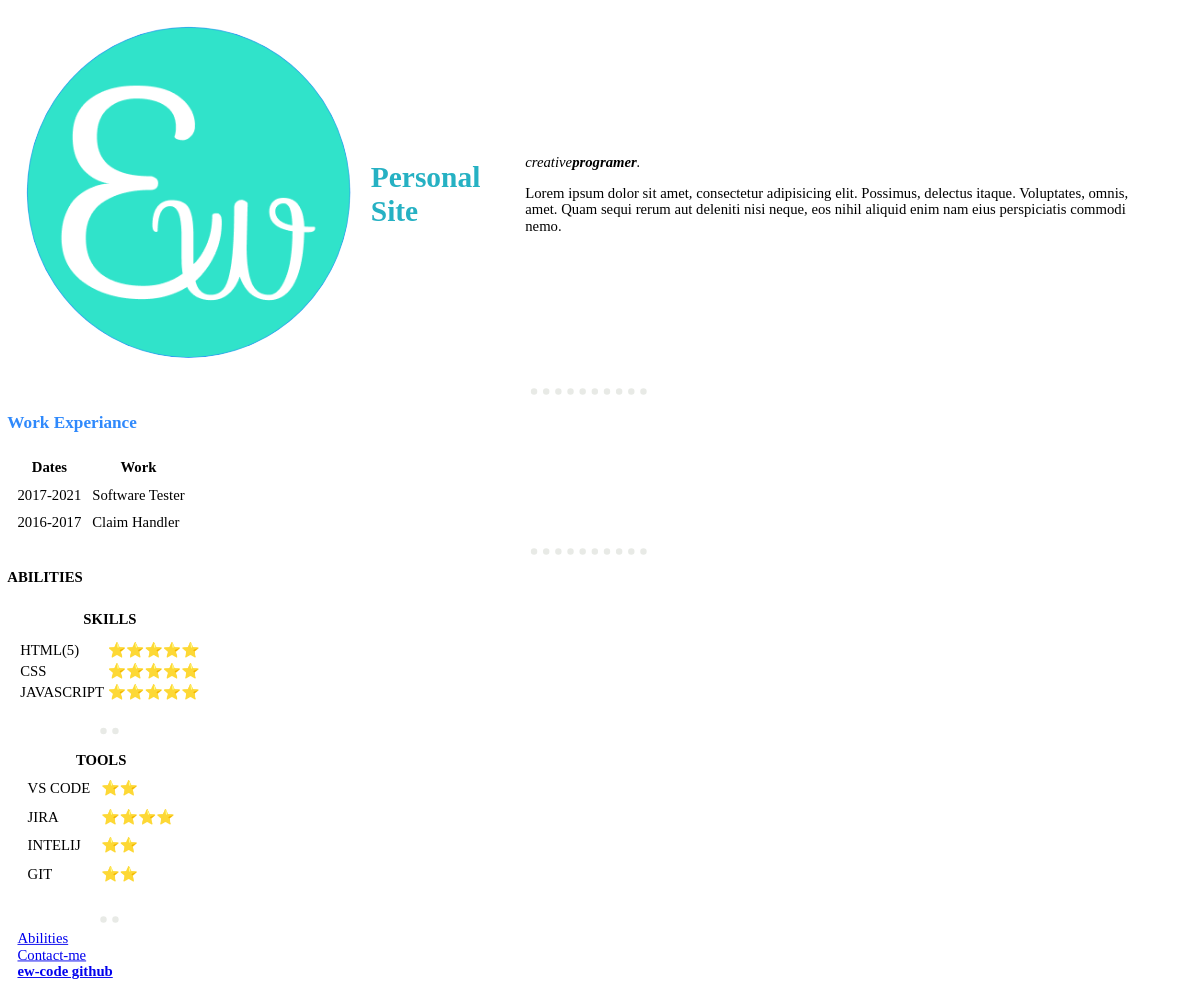
Repository: ew-code/Web-Development
Page: HTML - Personal Site/index.html
The author's editor kept a copy of each file at every save. The page is drawn from the files as they stood at one save, then again after a run of saves.
The browser window is 1280 px wide. The pictures show the whole page, at 92% of full size.

Above is the page before, as saved 2021-01-08 19:55:23.

### HTML - Personal Site/index.html
<!DOCTYPE html>
<html lang="en" dir="ltr">

<head>
  <meta charset="utf-8"> <!-- dopracować meta description dla silników wyszukiwarek-->
  <title>Personal Site</title>
  <link rel="stylesheet" href="css/styles.css">
</head>

<body>
  <table cellspacing="20">
    <tr>
      <td><img src="images/Frame 1.png" alt="dot" class="circular"></td>
      <td>
        <h1>Personal Site</h1>
      </td>
      <td>
        <p><em>creative<strong>programer</strong>.</em></p>
        <p>Lorem ipsum dolor sit amet, consectetur adipisicing elit. Possimus, delectus itaque. Voluptates, omnis, amet.
          Quam sequi rerum aut deleniti nisi neque, eos nihil aliquid enim nam eius perspiciatis commodi nemo.</p>
      </td>
    </tr>
  </table>

  <hr>

  <h3>Work Experiance</h3>
  <table cellspacing="10">
    <thead>
      <tr>
        <th>Dates</th>
        <th>Work</th>
      </tr>
    </thead>
    <tbody>
      <tr>
        <td>2017-2021</td>
        <td>Software Tester</td>
      </tr>
    </tbody>
    <tbody>
      <tr>
        <td>2016-2017</td>
        <td>Claim Handler</td>
      </tr>
    </tbody>
  </table>

  <hr>

    <p><strong>ABILITIES</strong></p>

  <table cellspacing="10">
    <thead>
      <tr>
        <th colspan="2">SKILLS</th>
      </tr>
    </thead>
    <tr>
      <td>
        <table>
          <tr>
            <td>HTML(5)</td>
            <td>⭐⭐⭐⭐⭐</td>
          </tr>
          <tr>
            <td>CSS</td>
            <td>⭐⭐⭐⭐⭐</td>
          </tr>
          <tr>
            <td>JAVASCRIPT</td>
            <td>⭐⭐⭐⭐⭐</td>
          </tr>
        </table>

        <br>

      <hr>

        <table cellspacing="10">
          <thead>
            <tr>
              <th colspan="2">TOOLS</th>
            </tr>
          </thead>
          <tbody>
            <tr>
              <td>VS CODE</td>
              <td>⭐⭐</td>
            </tr>
            <tr>
              <td>JIRA</td>
              <td>⭐⭐⭐⭐</td>
            </tr>
            <tr>
              <td>INTELIJ</td>
              <td>⭐⭐</td>
            </tr>
            <tr>
              <td>GIT</td>
              <td>⭐⭐</td>
            </tr>
          </tbody>
        </table>
  <br>

  <hr>

  <a href="abilities.html">Abilities</a>
  <br>
  <a href="contact.html">Contact-me</a>
  <br>
  <strong><a href="https://github.com/ew-code">ew-code github</a></strong>
</body>

</html>

### HTML - Personal Site/css/styles.css
  body {
      background-color: ;
  }

h1 {
    color: #26B1C3;
}

h3 {
    color: #2F89FC;
}
  hr {
      border-style: none;
      border-top-style: dotted;
      border-color: #e8eae6;
      border-width: 7px;
      width: 10%;
  }

.circular {
    border-radius: 100%;
}

After the next 2 saves:
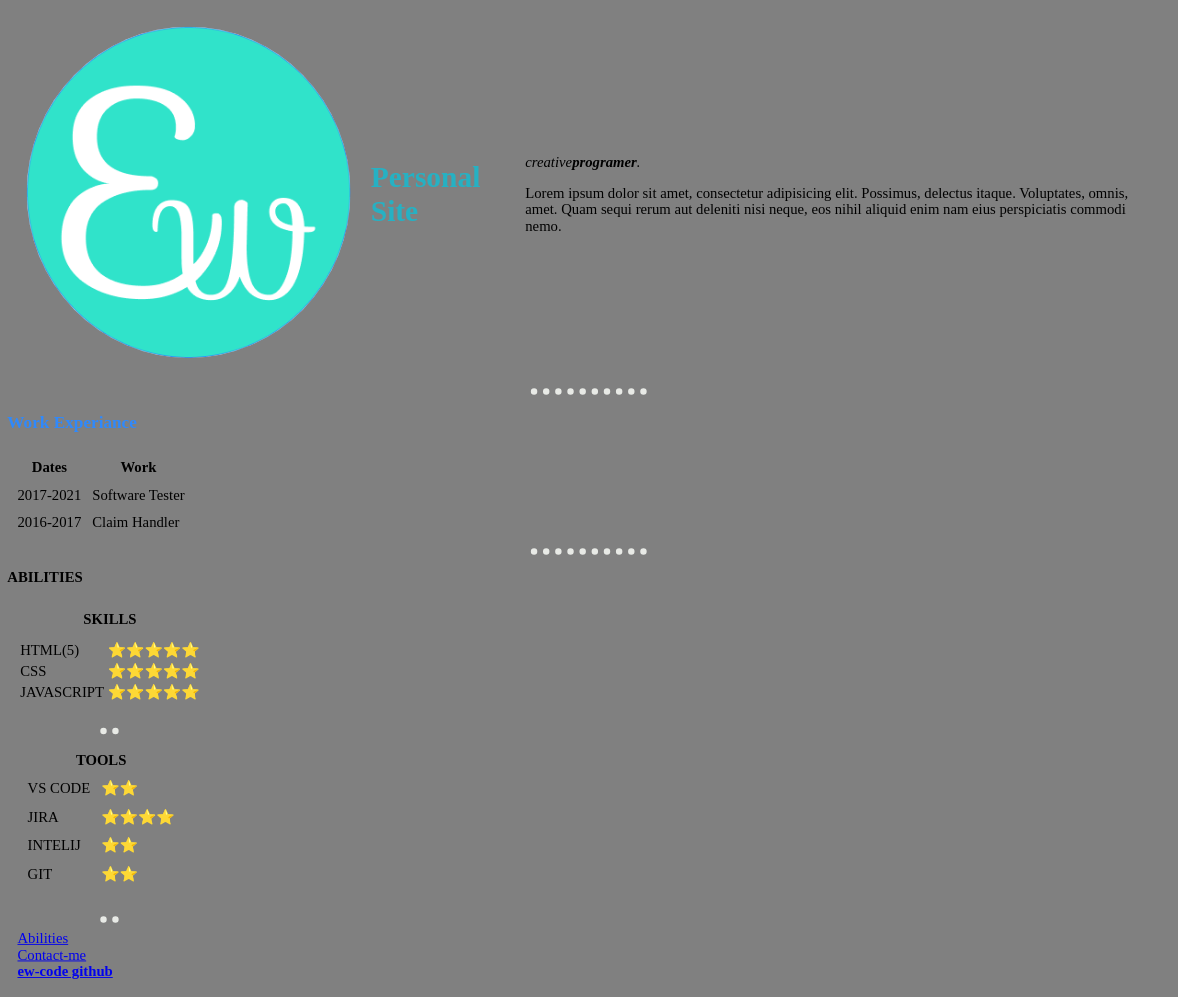
The 2 saves are shown as one change because they came seconds apart.
The last was saved 64 s later.
--- a/HTML - Personal Site/css/styles.css
+++ b/HTML - Personal Site/css/styles.css
@@ -1,5 +1,5 @@
   body {
-      background-color: ;
+      background-color: gray;
   }
 
 h1 {

After the save that followed:
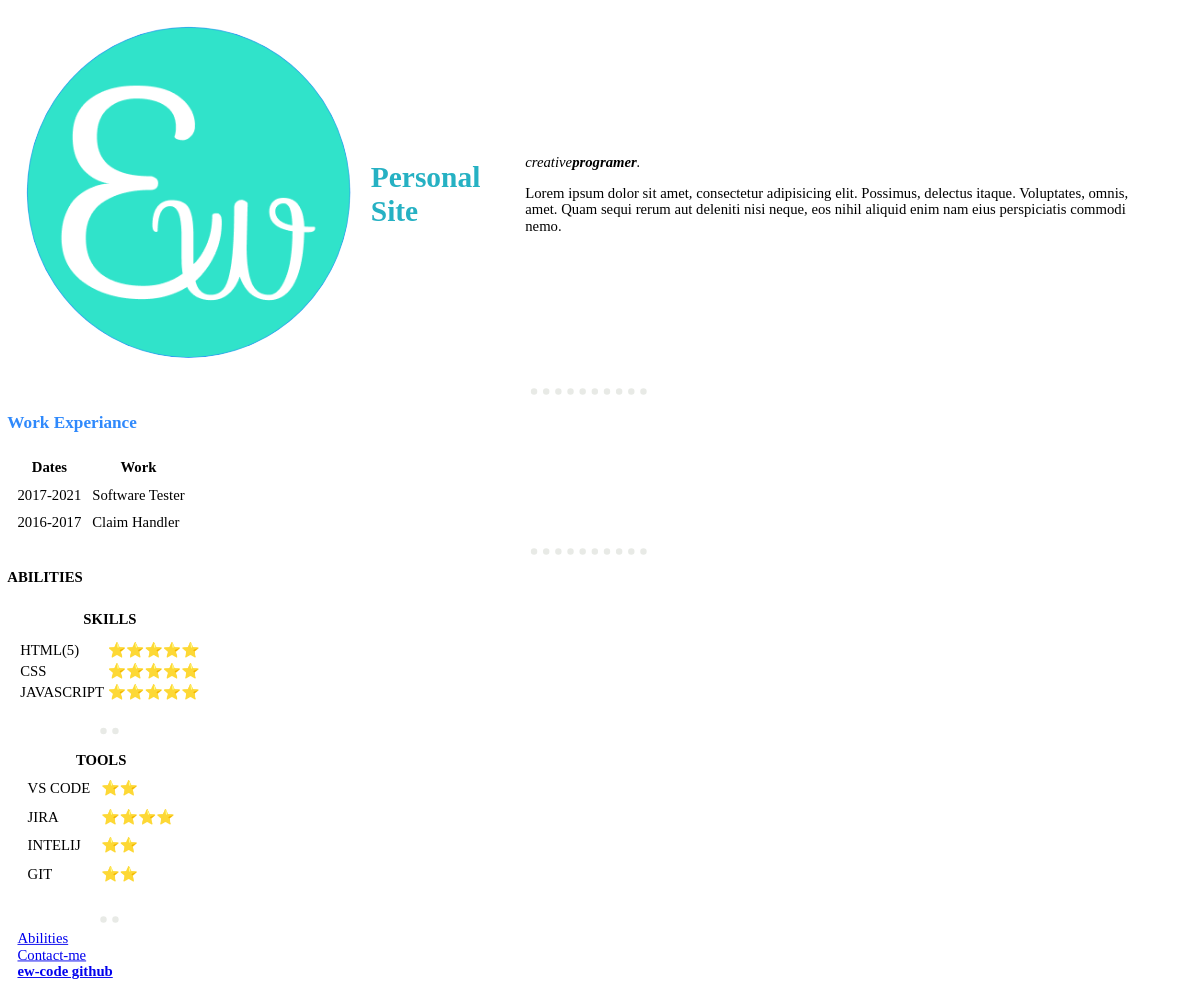
Saved 9 s later.
--- a/HTML - Personal Site/css/styles.css
+++ b/HTML - Personal Site/css/styles.css
@@ -1,5 +1,5 @@
   body {
-      background-color: gray;
+      background-color: gy;
   }
 
 h1 {
